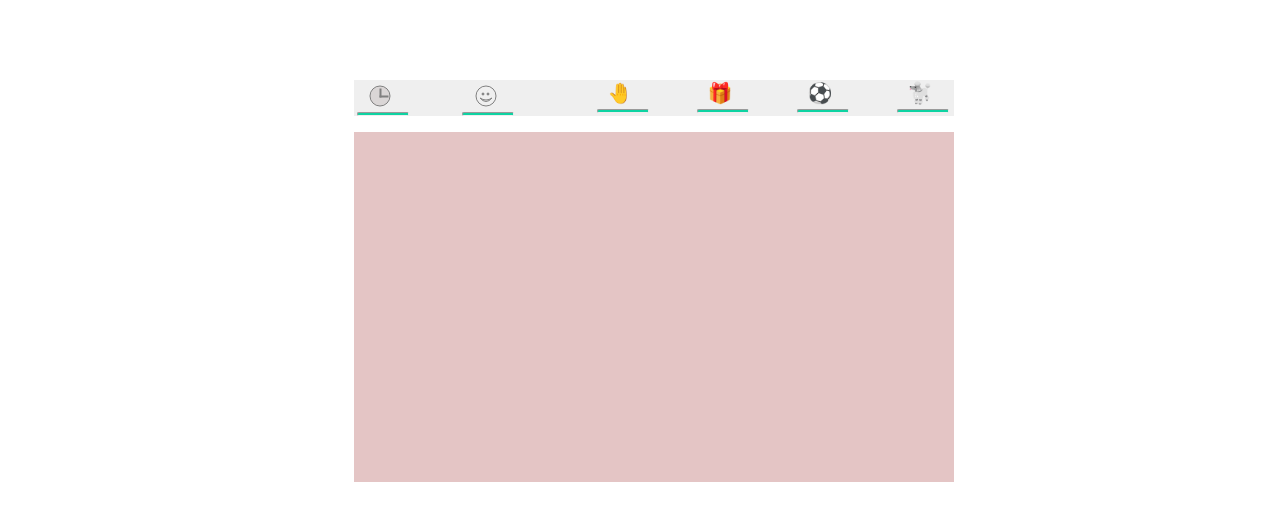
Repository: Gaj123-coder/emoji-search-app
Page: /
An editor plug-in stored every save of this project. The page is shown before and after the next save, followed by the edit.
The browser window is 1280 px wide. The pictures show the whole page.
The project was rebuilt for these pictures with package versions that can differ from the ones it lists, and the page was loaded fresh each time.

Above is the page before, as saved 2021-10-31 12:02:12.

### public/index.html
<!DOCTYPE html>
<html>
    <head>
        <title>Emoji Search</title>
        <meta charset="UTF-8">
        <meta name="author" content="Gajanan C Hegde">
        <meta name="description" content="A simple emoji search app using React JS">
        <meta name="view-port" content="width=device-width,initial-scale=1">
        <meta property="og:title" content="emoji">
        <meta property="og:description" content="An emoji searh app">
        <meta property="og:url" content="http://www.emojis..com">
        <meta property="og:image" content="https://seeklogo.com/images/S/smile-with-glasses-emoji-logo-0C5A7F9874-seeklogo.com.png">
        <meta property="twitter:title" content="Emoji Search">
        <meta property="twitter:image" content="https://seeklogo.com/images/S/smile-with-glasses-emoji-logo-0C5A7F9874-seeklogo.com.png">
        <meta property="twitter:description" content="A simple recat js emloji search app">
        <meta property="twitter:card" content="summary_large_page">
        <meta property="facebook:title" content="Emoji Search">
        <meta property="facebook:image" content="https://seeklogo.com/images/S/smile-with-glasses-emoji-logo-0C5A7F9874-seeklogo.com.png">
        <meta property="facebooks:description" content="A simple react app for emoji search">
        <meta proprty="facebook:url" content="https://www.emojis.com">
        <link rel="canonical" href="index.html"/>
    </head>
    <body>
        <div id="root"></div>
    </body>
</html>

### src/App.js
import React,{ useState } from 'react';
import Res from "./Components/Result/result";
import './App.css';
function App() {
  const [emotion,setEmotion]=useState("smiley1");
  const emotionSelector=(event)=>{
    event.preventDefault();
    const ref_id=event.target.id;
    setEmotion(ref_id);
  }
  return (
    <React.Fragment>
      <form className="dec">
        <button type="submit" id="recent1" className="dec-child" onClick={emotionSelector}>
          <svg>
            <circle cx="20" cy="15" r="10px" stroke="grey" strokeWidth="1px" fill="rgb(218, 214, 214)"/>
            <rect x="20" y="8" width="1px" height="8px" stroke="grey" strokeWidth="1px" fill="rgb(218, 214, 214)"/>
            <rect x="20" y="15" width="8px" height="1px" stroke="grey" strokeWidth="1px" fill="rgb(218, 214, 214)"/>
          </svg>
          <hr className="cir-pos" style={{width:"50px",borderRadius:"200px",height:"2px",backgroundColor:"rgb(14, 211, 162)"}}></hr>
        </button>
        <button type="submit" id="smiley1"  className="dec-child" onClick={emotionSelector}>
          <svg>
            <circle cx="26" cy="15" r="10px" stroke="grey" strokeWidth="1px" fill="none"/>
            <path d="M20 17 Q26 21 32 17" stroke="grey" strokeWidth="1px" fill="none"/>
            <path d="M20 17 Q26 24 32 17" stroke="grey" strokeWidth="1px" fill="none"/>
            <circle cx="23" cy="13" r="1" stroke="grey" strokeWidth="1px" fill="grey"/>
            <circle cx="28" cy="13" r="1" stroke="grey" strokeWidth="1px" fill="grey"/>
          </svg>
          <hr  className="smil-pos" style={{width:"50px",borderRadius:"200px",height:"2px",backgroundColor:"rgb(14, 211, 162)"}}></hr>
        </button>
        <button type="submit" id="hands1" className="dec-child" onClick={emotionSelector}>
          <p style={{fontSize:"20px"}}>&#129306;</p>
          <hr className="rem-pos" style={{width:"50px",borderRadius:"200px",height:"2px",backgroundColor:"rgb(14, 211, 162)"}}/>
        </button>
        <button type="submit" id="gift1" className="dec-child" onClick={emotionSelector}>
          <p style={{fontSize:"20px"}}>&#127873;</p>
          <hr className="rem-pos" style={{width:"50px",borderRadius:"200px",height:"2px",backgroundColor:"rgb(14, 211, 162)"}}/>
        </button>
        <button type="submit" id="sports1" className="dec-child" onClick={emotionSelector}>
          <p style={{fontSize:"20px"}}>&#9917;</p>
          <hr className="rem-pos" style={{width:"50px",borderRadius:"200px",height:"2px",backgroundColor:"rgb(14, 211, 162)"}}/>
        </button>
        <button type="submit" id="animals1" className="dec-child" onClick={emotionSelector}>
          <p style={{fontSize:"20px"}}>&#128041;</p>
          <hr className="rem-pos" style={{width:"50px",borderRadius:"200px",height:"2px",backgroundColor:"rgb(14, 211, 162)"}}/>
        </button>
      </form>
      <Res emotion={emotion}/>
    </React.Fragment>
  );
}

export default App;

### src/Components/Result/result.js
import Em from "./res.module.css";
import {sad1,worry1,angry1,happy1,smiley1,animals1,peace1,love1,joy1,laugh1,gift1,smile1,hands1,sports1,supper1,evil1,shy1,tasty1,confuse1,sleepy1} from "../emotions";
const Res=(props)=>{
    return (
        <div className={Em["emoji"]}>

        </div>
    );

}

export default Res;

### src/App.css
.dec{
  width: 700px;
  height:36px;
  position: relative;
  left:19rem;
  top:5rem;
  display:flex;
  flex-direction:row;
  flex-wrap:nowrap;
  align-items: center;
  justify-content: center;
}

.dec-child>svg{
  width:inherit;
  height:inherit;
}

.dec-child{
  height:36px;
  width:100px;
}

.dec-child>p{
  position: relative;
  left:1rem;
  display: inline;
}

.dec-child>hr{
  width:"50px";
  border-radius:"200px";
  height:"2px";
  background-color:"rgb(14, 211, 162)";
}

.cir-pos{
  position: relative;
  right:1.3rem;
  bottom: 0.9rem;
}

.smil-pos{
  position: relative;
  right:1rem;
  bottom: 0.9rem;
}

.rem-pos{
  position: relative;
  left:1.2rem;
  bottom:3px;
}

.dec-child,.dec-child:hover,:active{
  border:none;
  margin:none;
}

### src/Components/Result/res.module.css
.emoji{
    width: 600px;
    height:350px;
    position: relative;
    left:22.1rem;
    top:6rem;
    background-color: rgb(228, 197, 197);
}

### src/Components/emotions.js
const sad=["128524","128528",'128530',"128532","128542","128546","128549","128557"]
const worry=["128524","128529","128531","128532","128533","128543","128552","128553"]
const angry=["128520","128544","128545","128548","12855"]
const happy=["128512","128513","128514","128518","128522"]
const love=["128525","128535","128536","128537","128538"]
const joy=["128513","128517","128519","128521","128539","128540","128541"]
const laugh=["128513","128514","128518"]
const smile=["128512","128516"]
const gift=["127873","127891","127894","127874","127879","129395","127882","127876"]
const sports=["127939","127943","127947","","","","","","",""]
const hands=["128075","128588","129309","65039","128591","128077","129305","129304","128076","129306"]
const supper=["128526","128527"]
const peace=["128512","128515","128516","128519"]
const evil=["128520"]
const shy=["128522"]
const tasty=["128523"]
const confuse=["128534","128533","128550"]
const sleepy=["128554"]
const animals=["128053","128018","129421","128054","128021","128041","129418","129409","128047"]
const smiley=["128512","128513","128514","128515","128516","128517","128518","128519","128520","128521","128522","128523","128524","128525",
"128526","128527","128528","128529","128530","128531","128532","128533","128534","128535","128536","128537","128538","128539","128540"]

export const smiley1=smiley;
export const peace1=peace;
export const sad1=sad;
export const happy1=happy;
export const worry1=worry;
export const angry1=angry;
export const love1=love;
export const joy1=joy;
export const laugh1=laugh;
export const gift1=gift;
export const smile1=smile;
export const sports1=sports;
export const hands1=hands;
export const supper1=supper;
export const evil1=evil;
export const shy1=shy;
export const tasty1=tasty;
export const confuse1=confuse;
export const sleepy1=sleepy;
export const animals1=animals;

Loaded but not shown: src/index.js (common file); src/index.css (common file)

After the next save:
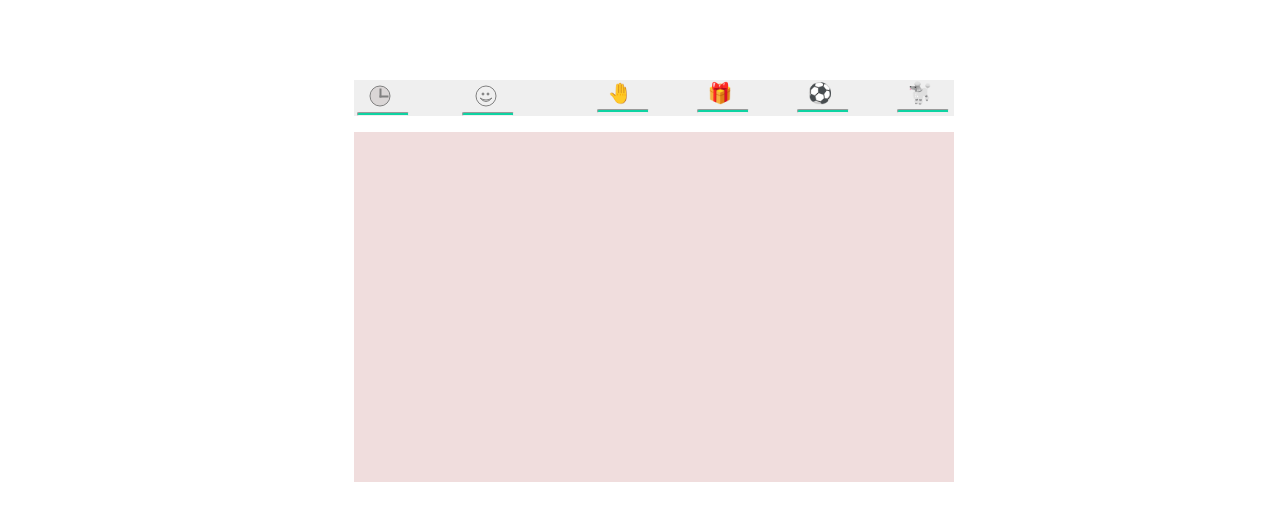
Saved 17 s later.
--- a/src/Components/Result/res.module.css
+++ b/src/Components/Result/res.module.css
@@ -4,5 +4,5 @@
     position: relative;
     left:22.1rem;
     top:6rem;
-    background-color: rgb(228, 197, 197);
+    background-color: rgb(240, 221, 221);
 }
